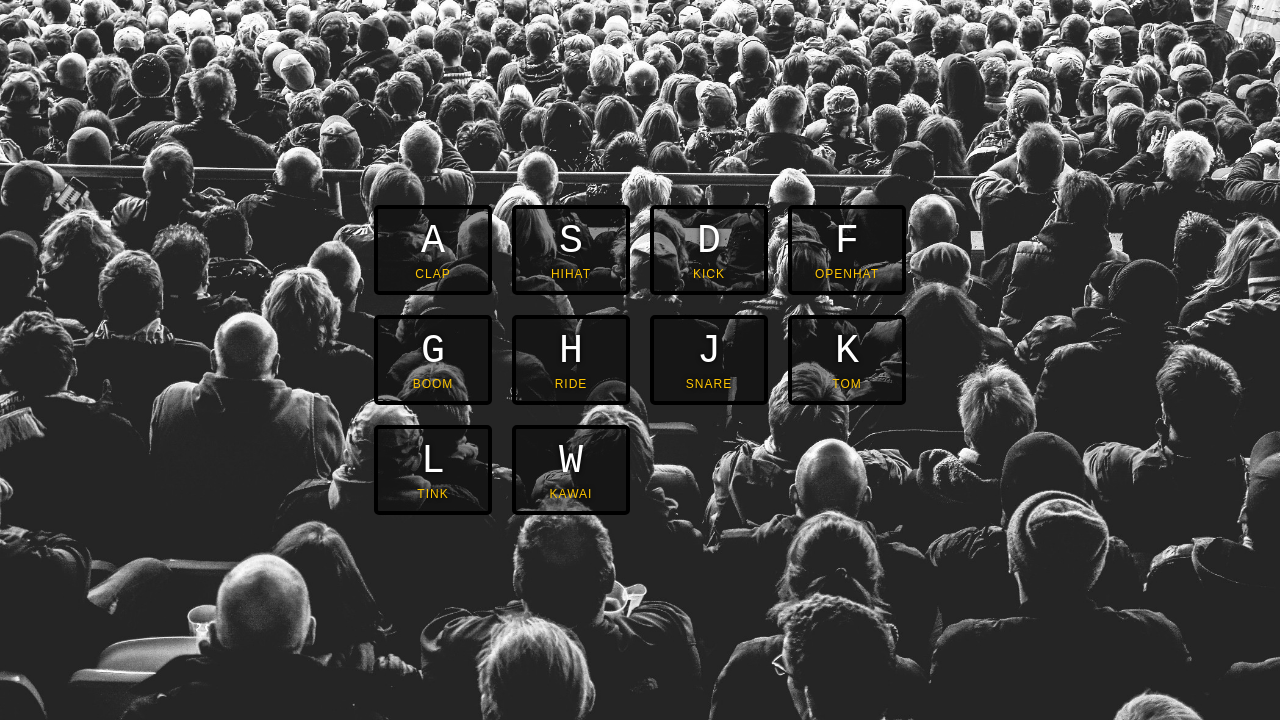
Repository: Freezler/drumkitJS
Page: index-START.html
An editor plug-in stored every save of this project. The page is shown before and after the next save, followed by the edit.
The browser window is 1280 px wide. The pictures show the whole page.

Above is the page before, as saved 2024-08-23 00:27:19.

### index-START.html
<!DOCTYPE html>
<html lang="en">

<head>
  <meta charset="UTF-8">
  <title>JS Drum Kit</title>
  <link rel="stylesheet" href="style.css">
  <link rel="icon" href="https://fav.farm/🔥" />
</head>

<body>

  <main>
    <div class="keys">
      <div data-key="65" class="key">
        <kbd>A</kbd>
        <span class="sound">clap</span>
      </div>
      <div data-key="83" class="key">
        <kbd>S</kbd>
        <span class="sound">hihat</span>
      </div>
      <div data-key="68" class="key">
        <kbd>D</kbd>
        <span class="sound">kick</span>
      </div>
      <div data-key="70" class="key">
        <kbd>F</kbd>
        <span class="sound">openhat</span>
      </div>
      <div data-key="71" class="key">
        <kbd>G</kbd>
        <span class="sound">boom</span>
      </div>
      <div data-key="72" class="key">
        <kbd>H</kbd>
        <span class="sound">ride</span>
      </div>
      <div data-key="74" class="key">
        <kbd>J</kbd>
        <span class="sound">snare</span>
      </div>
      <div data-key="75" class="key">
        <kbd>K</kbd>
        <span class="sound">tom</span>
      </div>
      <div data-key="76" class="key">
        <kbd>L</kbd>
        <span class="sound">tink</span>
      </div>
      <div data-key="87" class="key">
        <kbd>W</kbd>
        <span class="sound">kawai</span>
      </div>
    </div>
  </main>

  <audio data-key="65" src="sounds/clap.wav"></audio>
  <audio data-key="83" src="sounds/hihat.wav"></audio>
  <audio data-key="68" src="sounds/kick.wav"></audio>
  <audio data-key="70" src="sounds/openhat.wav"></audio>
  <audio data-key="71" src="sounds/boom.wav"></audio>
  <audio data-key="72" src="sounds/ride.wav"></audio>
  <audio data-key="74" src="sounds/snare.wav"></audio>
  <audio data-key="75" src="sounds/tom.wav"></audio>
  <audio data-key="76" src="sounds/tink.wav"></audio>
  <audio data-key="87" src="sounds/kawai.wav"></audio>


  <script>

    window.addEventListener('keydown', function (e) {
      const audio = document.querySelector(`audio[data-key="${e.keyCode}"]`);
      const key = document.querySelector(`.key[data-key="${e.keyCode}"]`);
      key.classList.add('playing');
      if (!audio) return;
      audio.currentTime = 0;
      audio.play();

      function removeTransition(e) {
        if (e.propertyName !== 'transform') return;
        this.classList.remove('playing');
      }
      const keys = document.querySelectorAll('.key');
      keys.forEach(key => key.addEventListener('transitionend', removeTransition));

    });
  </script>


</body>

</html>

### style.css
html {
  font-size: 10px;
  background: url('./background.jpg') bottom center;
  background-size: cover;
  background-repeat: no-repeat;
  height: 100vh;
}

body,
html {
  margin: 0;
  padding: 0;
  font-family: sans-serif;
}

main {
  place-self: center;
  display: grid;
  place-items: center;
  height: 100vh;
  place-content: center;
  text-align: center;


}

.keys {
  display: grid;
  grid-template-columns: minmax(5rem, 1fr) minmax(5rem, 1fr) minmax(5rem, 1fr) minmax(5rem, 1fr);
}

.key {
  border: .4rem solid black;
  border-radius: .5rem;
  margin: 1rem;
  font-size: 1.5rem;
  padding: 1rem .5rem;
  transition: all .07s ease;
  width: 10rem;
  text-align: center;
  color: white;
  background: rgba(0, 0, 0, 0.4);
  text-shadow: 0 0 .5rem black;

}

.key[data-key="87"] {
  display: inline-block;
  text-align: center;


}

.playing {
  transform: scale(1.1);
  border-color: #ffc600;
  box-shadow: 0 0 1rem #ffc600;
}

kbd {
  display: block;
  font-size: 4rem;
}

.sound {
  font-size: 1.2rem;
  text-transform: uppercase;
  letter-spacing: .1rem;
  color: #ffc600;
}

After the next save:
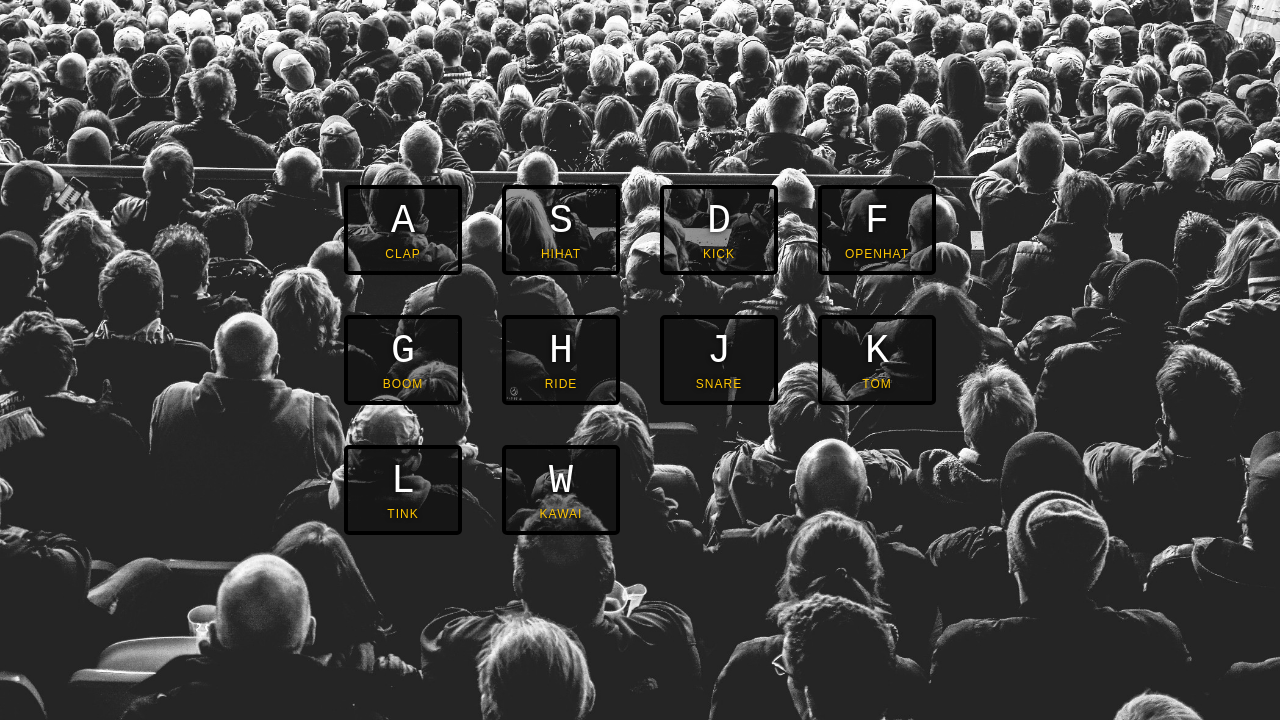
Saved 17 s later.
--- a/style.css
+++ b/style.css
@@ -27,6 +27,8 @@
 .keys {
   display: grid;
   grid-template-columns: minmax(5rem, 1fr) minmax(5rem, 1fr) minmax(5rem, 1fr) minmax(5rem, 1fr);
+  grid-template-rows: minmax(5rem, 1fr) minmax(5rem, 1fr) minmax(5rem, 1fr);
+  grid-gap: 2rem;
 }
 
 .key {

After the save that followed:
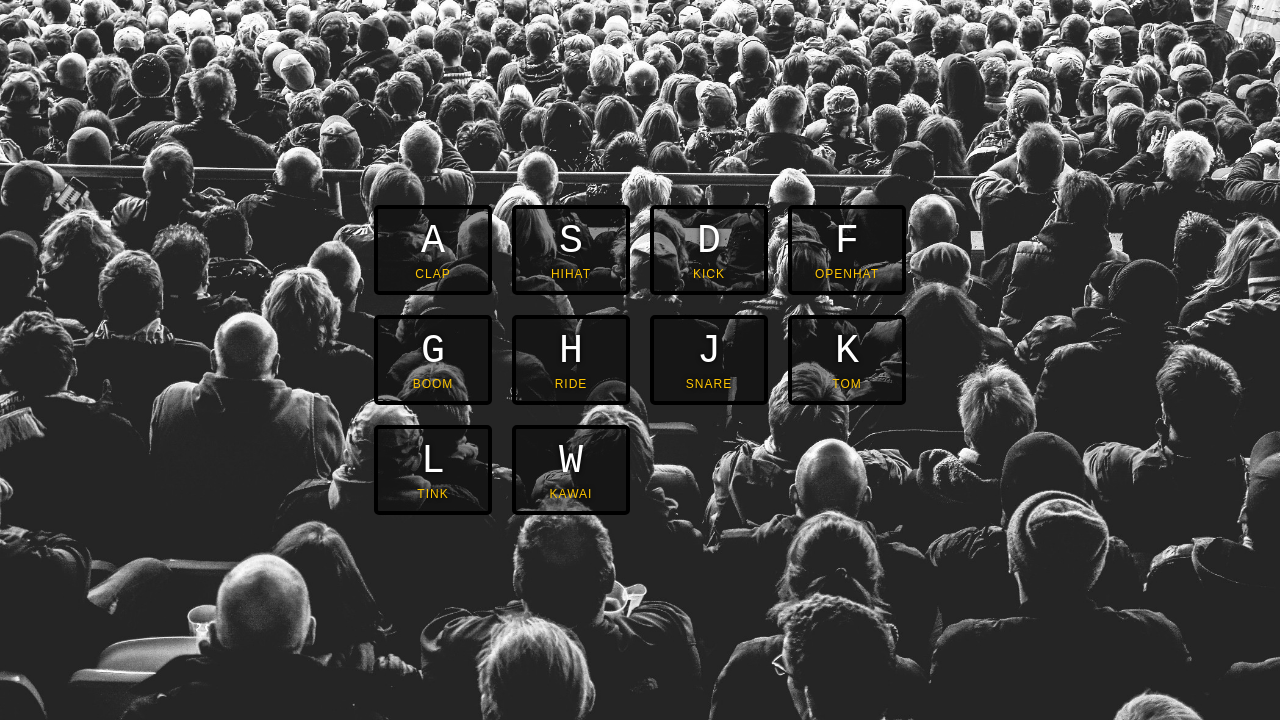
Saved 28 s later.
--- a/style.css
+++ b/style.css
@@ -28,7 +28,7 @@
   display: grid;
   grid-template-columns: minmax(5rem, 1fr) minmax(5rem, 1fr) minmax(5rem, 1fr) minmax(5rem, 1fr);
   grid-template-rows: minmax(5rem, 1fr) minmax(5rem, 1fr) minmax(5rem, 1fr);
-  grid-gap: 2rem;
+
 }
 
 .key {
